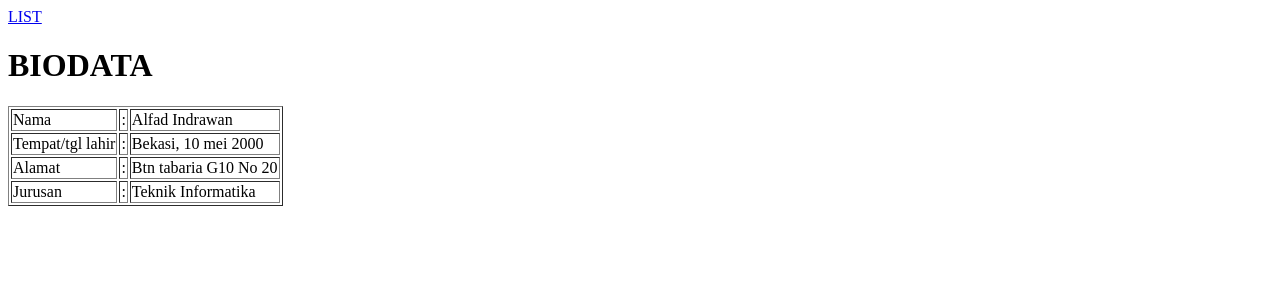
Repository: alfadindrawan/CRUD-ExpressJs
Page: http://localhost/bio
These files come from the project's save history. The page is drawn as it stood at one moment and after the next save; the edit follows.
The browser window is 1280 px wide. The pictures show the whole page.
The page is served by the project's Node server (app.js). Other server files are loaded and not shown.

Above is the page before, as saved 2021-10-06 02:49:38.

### views/bio.ejs
<!DOCTYPE html>
<html lang="en">
<head>
    <meta charset="UTF-8">
    <meta http-equiv="X-UA-Compatible" content="IE=edge">
    <meta name="viewport" content="width=device-width, initial-scale=1.0">
    <title>Document</title>
</head>
<body>
    <header>
        <a href="/" class="header-logo">LIST</a>
      </header>
      <div class="container">
        <div class="container-header">
          <h1>BIODATA</h1>
        </div>
        <div class="index-table-wrapper">
          <div class="table-head">
            <table border="">
                <tr>
                    <td>Nama</td>
                    <td>:</td>
                    <td>Alfad Indrawan</td>
                </tr>

                <tr>
                    <td>Tempat/tgl lahir</td>
                    <td>:</td>
                    <td>Bekasi, 10 mei 2000</td>
                </tr>

                <tr>
                    <td>Alamat</td>
                    <td>:</td>
                    <td>Btn tabaria G10 No 20</td>
                </tr>

                <tr>
                    <td>Jurusan</td>
                    <td>:</td>
                    <td>Teknik Informatika</td>
                </tr>
            </table>
          </div>
        </div>
      </div>
</body>
</html>

### app.js
const express = require('express');
const connection = require('./database')
const app = express();

app.use(express.urlencoded({extended: false}));
app.use(express.static('public'));
connection.connect((err) => {
    if(err){
        console.log('error connecting: ' + err.stack);
        return;
    }
    console.log('success');
})

// app.get('/index',(req, res) => {
//     connection.query(
//         'SELECT *FROM items',
//         (error, results) => {
//             res.render('index.ejs', {items: results})
//         }
//     )
// });

app.get('/bio', (req, res) => {
    res.render('bio.ejs')
})

app.post('/create', (req, res) => {
    connection.query(
        'INSERT INTO items (name) VALUES (?)',
        [req.body.itemName],
        (error, results) => {
            res.redirect('/index')
        }
    )
});

app.get('/new', (req, res) => {
    res.render('new.ejs')
});

app.get('/', (req, res) => {
  connection.query(
      'SELECT *FROM items',
      (error, results) => {
          console.log(results);
          res.render('top.ejs');
      }
  );
});

app.post('/delete/:id', (req, res) => {
    let del = 'DELETE FROM items WHERE id= ?'
    connection.query(
        del,
        [req.params.id],
        (error, result) => {
            res.redirect('/index')
        }
    )
})


app.listen(80);

After the next save:
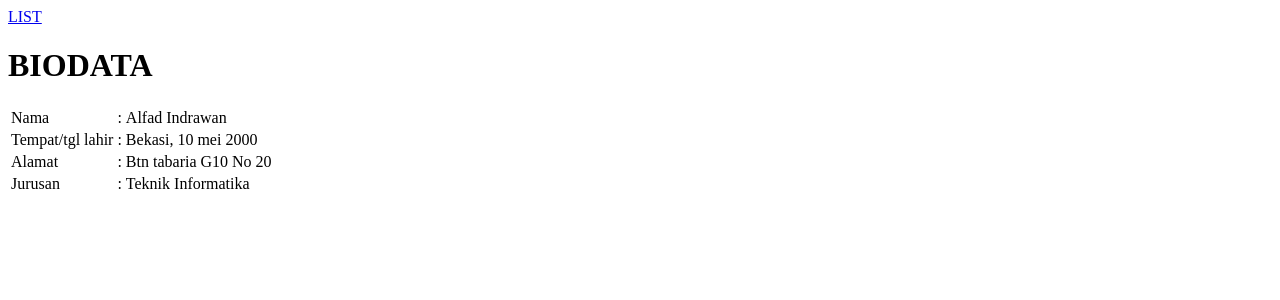
Saved 7 s later.
--- a/views/bio.ejs
+++ b/views/bio.ejs
@@ -16,7 +16,7 @@
         </div>
         <div class="index-table-wrapper">
           <div class="table-head">
-            <table border="">
+            <table border="0">
                 <tr>
                     <td>Nama</td>
                     <td>:</td>
